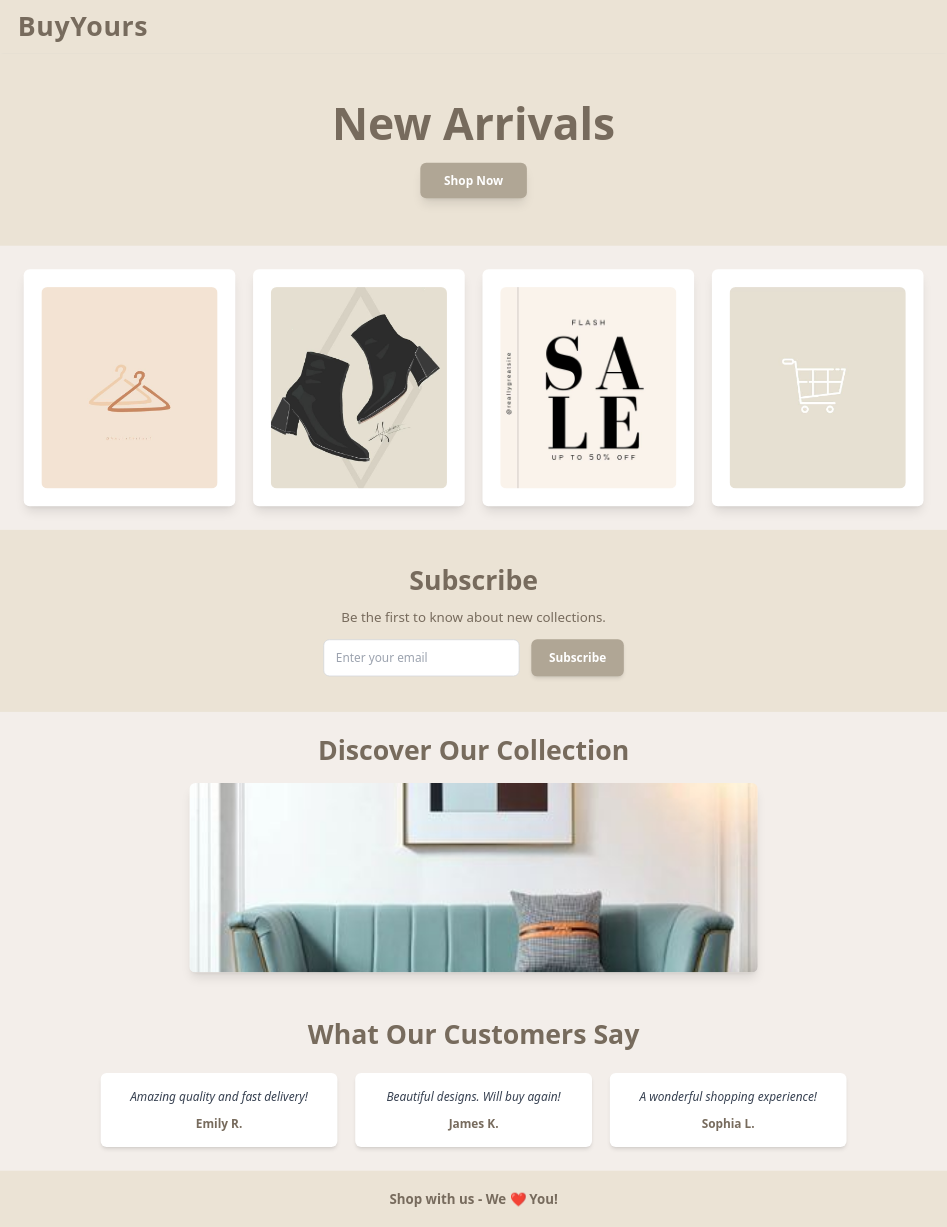
Repository: prathyushaa5/BuyYours
Page: / (app in Frontend/)
An editor plug-in stored every save of this project. The page is shown before and after a run of saves, followed by the edit.
The browser window is 1280 px wide. The pictures show the whole page, at 74% of full size.
The project was rebuilt for these pictures with package versions that can differ from the ones it lists, and the page was loaded fresh each time. Also part of the build but not shown: Frontend/vite.config.js, Frontend/src/components/Categories.jsx. Imported but missing from the stored project, and not drawn on this page: Frontend/src/components/Orders.

Above is the page before, as saved 2025-02-14 06:45:25.

### Frontend/src/App.jsx
import { BrowserRouter as Router, Routes, Route, Navigate } from "react-router-dom";
import { useState } from "react";
import Main from "./components/Main";
import Login from "./components/Login";
import Signup from "./components/Signup";
import Home from "./components/Home";
import Navbar from "./components/Navbar";
import Categories from "./components/Categories";
import Orders from "./components/Orders";
export default function App() {
  const [token, setToken] = useState(localStorage.getItem("token") || null);

  const handleLogin = (userToken) => {
    setToken(userToken);
    localStorage.setItem("token", userToken);
  };

  return (
    <Router>
      {token && <Navbar />} {/* Show Navbar only if logged in */}
      <Routes>
        {/* Show Main page first */}
        <Route path="/" element={<Main />} />

        {/* Login Page */}
        <Route path="/login" element={<Login onLogin={handleLogin} />} />

        {/* Signup Page */}
        <Route path="/signup" element={<Signup onLogin={handleLogin} />} />

        {/* Home Page (Protected) */}
        <Route path="/home" element={token ? <Home /> : <Navigate to="/login" />} />
        <Route path="/categories" element={token ? <Categories /> : <Navigate to="/login" />} />
        <Route path="/orders" element={token ? <Orders /> : <Navigate to="/login" />} />

      </Routes>
    </Router>
  );
}

### Frontend/src/components/Main.jsx
import image1 from "../assets/cards/hanger1.jpeg";
import image2 from "../assets/cards/heels1.jpeg";
import image3 from "../assets/cards/sale1.jpeg";
import image4 from "../assets/cards/cart1.jpeg";
import { useNavigate } from "react-router-dom";
import { motion, AnimatePresence } from "framer-motion";
import { useState, useEffect } from "react";
import img1 from "../assets/carasoule/img1.jpg";
import img2 from "../assets/carasoule/img2.jpg";
import img3 from "../assets/carasoule/img3.jpg";
import img4 from "../assets/carasoule/img4.jpg";

export default function MainPage() {
  const navigate = useNavigate();
  const images = [img1, img2, img3, img4];
  const [currentIndex, setCurrentIndex] = useState(0);
  const [direction, setDirection] = useState(1);
localStorage.setItem("token",null);
  useEffect(() => {
    const interval = setInterval(() => {
      setDirection(1);

      setCurrentIndex((prevIndex) => (prevIndex + 1) % images.length);
    }, 3000);
    return () => clearInterval(interval);
  }, []);

  return (
    <div className="bg-[#F3EEEA] min-h-screen text-[#776B5D]">
      {/* Navbar */}
      <nav className="bg-[#EBE3D5] py-4 px-6 flex justify-between items-center shadow-md">
        <h1 className="text-4xl font-extrabold text-[#776B5D] tracking-wide">BuyYours</h1>
      </nav>

      {/* Hero Section */}
      <section className="flex flex-col items-center text-center py-16 bg-[#EBE3D5] text-[#776B5D]">
        <h2 className="text-6xl font-extrabold mb-6">New Arrivals</h2>
        <button
          className="bg-[#B0A695] px-8 py-3 text-white font-bold rounded-lg shadow-lg hover:scale-105 hover:bg-[#776B5D] transition"
          onClick={() => navigate("/signup")}
        >
          Shop Now
        </button>
      </section>

      {/* Categories */}
      <div className="grid grid-cols-2 md:grid-cols-4 gap-6 p-8">
        {[image1, image2, image3, image4].map((image, index) => (
          <div
            key={index}
            className="bg-white p-6 text-center rounded-lg shadow-lg h-80 transition-transform transform hover:scale-105"
          >
            <img src={image} alt={`Category ${index + 1}`} className="w-full h-full object-cover rounded-lg" />
          </div>
        ))}
      </div>

      {/* Subscribe Section */}
      <section className="bg-[#EBE3D5] text-center py-12 text-[#776B5D]">
        <h3 className="text-4xl font-extrabold mb-4">Subscribe</h3>
        <p className="mb-4 text-lg">Be the first to know about new collections.</p>
        <div className="flex justify-center">
          <input
            type="email"
            placeholder="Enter your email"
            className="px-4 py-3 rounded-lg border border-gray-300 focus:ring-2 focus:ring-[#B0A695] outline-none"
          />
          <button className="ml-4 bg-[#B0A695] px-6 py-3 text-white font-bold rounded-lg shadow-md hover:scale-105 hover:bg-[#776B5D] transition">
            Subscribe
          </button>
        </div>
      </section>

      {/* Carousel */}
      <section className="p-8">
        <h3 className="text-4xl font-bold text-center mb-6">Discover Our Collection</h3>
        <div className="relative w-full max-w-3xl mx-auto overflow-hidden rounded-lg shadow-lg">
          <div className="relative w-full h-64">
            <AnimatePresence initial={false} custom={direction}>
              <motion.img
                key={currentIndex}
                src={images[currentIndex]}
                alt="Carousel Slide"
                className="absolute w-full h-full object-cover"
                initial={{ x: direction * 100, opacity: 0 }}
                animate={{ x: 0, opacity: 1 }}
                exit={{ x: -direction * 100, opacity: 0 }}
                transition={{ duration: 0.8, ease: "easeInOut" }}
              />
            </AnimatePresence>
          </div>
        </div>
      </section>

      {/* Testimonials */}
      <section className="p-8">
        <h3 className="text-4xl font-bold text-center mb-8">What Our Customers Say</h3>
        <div className="flex flex-wrap justify-center gap-6">
          {[
            { name: "Emily R.", text: "Amazing quality and fast delivery!" },
            { name: "James K.", text: "Beautiful designs. Will buy again!" },
            { name: "Sophia L.", text: "A wonderful shopping experience!" },
          ].map((review, index) => (
            <div
              key={index}
              className="bg-white p-5 rounded-lg shadow-md w-80 text-center hover:shadow-xl transition-shadow"
            >
              <p className="italic text-gray-700">{review.text}</p>
              <p className="font-semibold mt-3">{review.name}</p>
            </div>
          ))}
        </div>
      </section>

      {/* Footer */}
      <footer className="bg-[#EBE3D5] text-center py-6 text-[#776B5D] font-bold text-lg">
        Shop with us - We ❤️ You!
      </footer>
    </div>
  );
}

### Frontend/tailwind.config.js
/** @type {import('tailwindcss').Config} */
export default {
  content: [
    "./index.html",
    "./src/**/*.{js,ts,jsx,tsx}",
  ],
  theme: {
    extend: {
      colors: {
        brown: {
          500: '#A0522D',
          600: '#8B4513',
          700: '#5D4037',
        },
      },
    },
  },
  plugins: [],
}

### Frontend/src/components/Navbar.jsx
import { Link } from "react-router-dom";

const Navbar = () => {
  return (
    <nav className="bg-gray-900 text-white p-4">
      <div className="container mx-auto flex justify-between items-center">
        {/* Logo */}
        <Link to="/home" className="text-xl font-bold">
          ShopEasy
        </Link>

        {/* Navigation Links */}
        <ul className="flex space-x-6">
          <li>
            <Link to="/products" className="hover:text-gray-300">Products</Link>
          </li>
          <li>
            <Link to="/categories" className="hover:text-gray-300">Categories</Link>
          </li>
          <li>
            <Link to="/orders" className="hover:text-gray-300">Your Orders</Link>
          </li>
          <li>
            <Link to="/cart" className="hover:text-gray-300">Your Cart</Link>
          </li>
        </ul>

        {/* Logout Button */}
        <button
          onClick={() => {
            localStorage.removeItem("token");
            window.location.href = "/login";
          }}
          className="bg-red-500 px-4 py-2 rounded-md hover:bg-red-600"
        >
          Logout
        </button>
      </div>
    </nav>
  );
};

export default Navbar;

### Frontend/src/components/Login.jsx
import { useState } from "react";
import PropTypes from "prop-types";
import axios from "axios";
import { useNavigate } from "react-router-dom";

const Login = ({ onLogin }) => {
  const [email, setEmail] = useState("");
  const [password, setPassword] = useState("");
  const [error, setError] = useState("");
  const navigate = useNavigate();

  const handleLogin = async (e) => {
    e.preventDefault();
    try {
      const response = await axios.post("http://localhost:5223/api/auth/login", {
        email,
        password,
      });

      localStorage.setItem("token", response.data.token);
      onLogin(response.data.token);
      console.log("User logged in");
      navigate("/home");
    } catch (err) {
      setError("Invalid email or password.",err);
    }
  };

  return (
    <div className="flex items-center justify-center min-h-screen bg-[#F3EEEA]">
      <div className="bg-[#EBE3D5] p-6 rounded-lg shadow-lg w-96 text-[#776B5D]">
        <h2 className="text-2xl font-bold mb-4 text-center">Login</h2>
        {error && <p className="text-red-500 text-center">{error}</p>}
        <form onSubmit={handleLogin} className="space-y-4">
          <input
            type="email"
            placeholder="Email"
            value={email}
            onChange={(e) => setEmail(e.target.value)}
            className="w-full px-4 py-2 border rounded-md text-[#776B5D]"
            required
          />
          <input
            type="password"
            placeholder="Password"
            value={password}
            onChange={(e) => setPassword(e.target.value)}
            className="w-full px-4 py-2 border rounded-md text-[#776B5D]"
            required
          />
          <button type="submit" className="w-full bg-[#B0A695] text-white py-2 rounded-md hover:bg-[#776B5D] transition">
            Login
          </button>
        </form>
        <p className="mt-4 text-center">
          Dont have an account?{" "}
          <button onClick={() => navigate("/signup")} className="text-[#776B5D] hover:underline">
            Sign up
          </button>
        </p>
      </div>
    </div>
  );
};

Login.propTypes = {
  onLogin: PropTypes.func.isRequired,
};

export default Login;

### Frontend/src/components/Signup.jsx
import { useState } from "react";
import { useNavigate } from "react-router-dom";
import axios from "axios";
import PropTypes from "prop-types"; // Import PropTypes for validation

const Signup = ({ onLogin }) => { // Accept onLogin as a prop
  const [email, setEmail] = useState("");
  const [password, setPassword] = useState("");
  const [name, setName] = useState("");
  const [error, setError] = useState("");
  const navigate = useNavigate();

  const handleSignup = async (e) => {
    e.preventDefault();
    try {
      const response = await axios.post("http://localhost:5223/api/auth/register", {
        username: name,
        passwordHash: password,
        email,
      });

      console.log(response);

      const token = response.data.token;
      if (token) {
        localStorage.setItem("token", token);
        onLogin(token);  // ✅ Now this will work
        navigate("/home");
      }
    } catch (err) {
      setError("Signup failed. Try again.",err);
    }
  };

  return (
    <div className="flex items-center justify-center min-h-screen bg-[#F3EEEA]">
      <div className="bg-[#EBE3D5] p-6 rounded-lg shadow-lg w-96 text-[#776B5D]">
        <h2 className="text-2xl font-bold mb-4 text-center">Sign Up</h2>
        {error && <p className="text-red-500 text-center">{error}</p>}
        <form onSubmit={handleSignup} className="space-y-4">
          <input
            type="text"
            placeholder="Name"
            value={name}
            onChange={(e) => setName(e.target.value)}
            className="w-full px-4 py-2 border border-[#B0A695] rounded-md bg-white"
            required
          />
          <input
            type="email"
            placeholder="Email"
            value={email}
            onChange={(e) => setEmail(e.target.value)}
            className="w-full px-4 py-2 border border-[#B0A695] rounded-md bg-white"
            required
          />
          <input
            type="password"
            placeholder="Password"
            value={password}
            onChange={(e) => setPassword(e.target.value)}
            className="w-full px-4 py-2 border border-[#B0A695] rounded-md bg-white"
            required
          />
          <button
            type="submit"
            className="w-full bg-[#B0A695] text-white py-2 rounded-md hover:bg-[#776B5D] transition"
          >
            Sign Up
          </button>
        </form>
        <p className="mt-4 text-center">
          Already have an account?{" "}
          <button
            onClick={() => navigate("/login")}
            className="text-[#776B5D] font-bold hover:underline"
          >
            Login
          </button>
        </p>
      </div>
    </div>
  );
};

// ✅ PropTypes to ensure onLogin is passed correctly
Signup.propTypes = {
  onLogin: PropTypes.func.isRequired,
};

export default Signup;

### Frontend/src/components/Home.jsx


const Home = () => {
  return (
  <></>
  )
}

export default Home

Loaded but not shown: Frontend/index.html (common file); Frontend/src/main.jsx (common file); Frontend/src/index.css (common file)

After the next 2 saves:
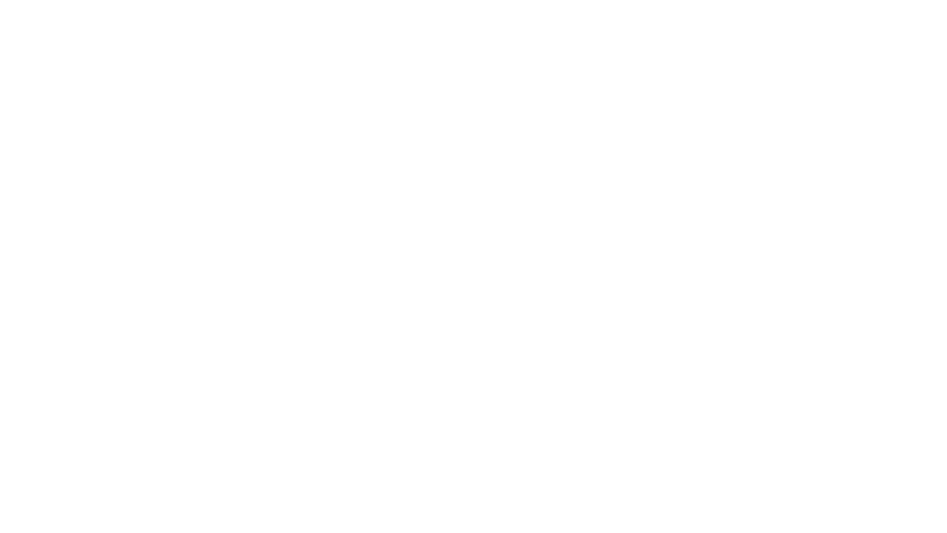
Console error: ReferenceError: s is not defined
The 2 saves are shown as one change because they came seconds apart.
The last was saved 81 s later.
--- a/Frontend/src/components/Navbar.jsx
+++ b/Frontend/src/components/Navbar.jsx
@@ -2,26 +2,26 @@
 
 const Navbar = () => {
   return (
-    <nav className="bg-gray-900 text-white p-4">
+    <nav className="bg-[#776B5D] text-white p-4 shadow-md">
       <div className="container mx-auto flex justify-between items-center">
         {/* Logo */}
-        <Link to="/home" className="text-xl font-bold">
+        <Link to="/home" className="text-xl font-bold text-[#EBE3D5]">
           ShopEasy
         </Link>
 
         {/* Navigation Links */}
         <ul className="flex space-x-6">
           <li>
-            <Link to="/products" className="hover:text-gray-300">Products</Link>
+            <Link to="/products" className="hover:text-[#B0A695]">Products</Link>
           </li>
           <li>
-            <Link to="/categories" className="hover:text-gray-300">Categories</Link>
+            <Link to="/categories" className="hover:text-[#B0A695]">Categories</Link>
           </li>
           <li>
-            <Link to="/orders" className="hover:text-gray-300">Your Orders</Link>
+            <Link to="/orders" className="hover:text-[#B0A695]">Your Orders</Link>
           </li>
           <li>
-            <Link to="/cart" className="hover:text-gray-300">Your Cart</Link>
+            <Link to="/cart" className="hover:text-[#B0A695]">Your Cart</Link>
           </li>
         </ul>
 
@@ -31,7 +31,7 @@
             localStorage.removeItem("token");
             window.location.href = "/login";
           }}
-          className="bg-red-500 px-4 py-2 rounded-md hover:bg-red-600"
+          className="bg-[#B0A695] text-[#776B5D] px-4 py-2 rounded-md hover:bg-[#EBE3D5] transition"
         >
           Logout
         </button>
@@ -41,3 +41,4 @@
 };
 
 export default Navbar;
+s

After the save that followed:
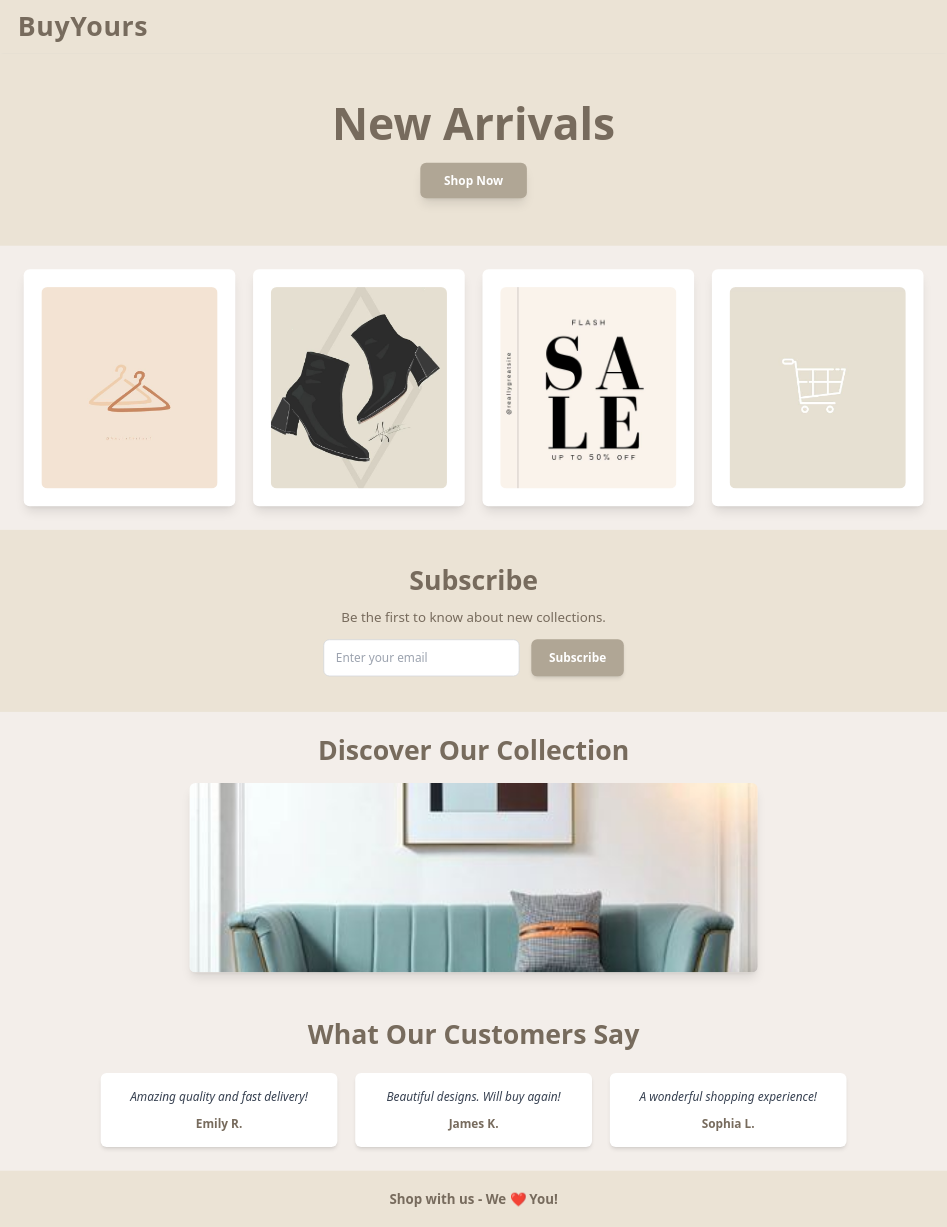
The error is gone.
Saved 4 s later.
--- a/Frontend/src/components/Navbar.jsx
+++ b/Frontend/src/components/Navbar.jsx
@@ -41,4 +41,3 @@
 };
 
 export default Navbar;
-s
